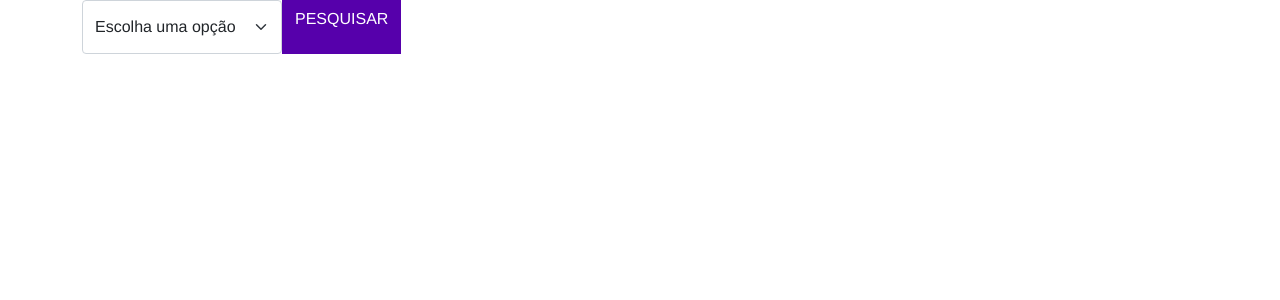
Repository: LuismGil/Countries-list
Page: /
The author's editor kept a copy of each file at every save. The page is drawn from the files as they stood at one save, then again after the next save.
The browser window is 1280 px wide. The pictures show the whole page.
The project was rebuilt for these pictures with package versions that can differ from the ones it lists, and the page was loaded fresh each time.

Above is the page before, as saved 2021-05-22 21:24:00.

### public/index.html
<!DOCTYPE html>
<html lang="">
  <head>
    <meta charset="utf-8">
    <meta http-equiv="X-UA-Compatible" content="IE=edge">
    <meta name="viewport" content="width=device-width,initial-scale=1.0">
    <link rel="icon" href="<%= BASE_URL %>favicon.ico">
    <link href="https://cdn.jsdelivr.net/npm/bootstrap@5.0.1/dist/css/bootstrap.min.css" rel="stylesheet" integrity="sha384-+0n0xVW2eSR5OomGNYDnhzAbDsOXxcvSN1TPprVMTNDbiYZCxYbOOl7+AMvyTG2x" crossorigin="anonymous">
    <title><%= htmlWebpackPlugin.options.title %></title>
  </head>
  <body>
    <noscript>
      <strong>We're sorry but <%= htmlWebpackPlugin.options.title %> doesn't work properly without JavaScript enabled. Please enable it to continue.</strong>
    </noscript>
    <div id="app"></div>
    <!-- built files will be auto injected -->
  </body>
</html>

### src/App.vue
<template>
  <div id="app">
    <!-- <mv-header /> -->
    <Home></Home>

  </div>
</template>

<script>
// import MvHeader from './components/MvHeader.vue';
import Home from './views/Home.vue';

export default {
  name: 'App',
  components: {
    // MvHeader,
    Home,
  },
};
</script>

<style>
#app {
  color: #2c3e50;
  font-family: Avenir, Helvetica, Arial, sans-serif;
  -webkit-font-smoothing: antialiased;
  -moz-osx-font-smoothing: grayscale;
  text-align: center;
}
</style>

### src/views/Home.vue
<template>
  <div>
    <mv-countries></mv-countries>

  </div>
</template>

<script>
import MvCountries from '../components/MvCountries.vue';

export default {
  components: { MvCountries },

};
</script>

<style>

</style>

### src/components/MvCountries.vue
<template>
  <div>
    <div class="container">
    <select class="form-select form-width" aria-label="Escolha uma opção">
      <option selected disabled>Escolha uma opção</option>
      <option value="1">Região</option>
      <option value="2">Capital</option>
      <option value="3">Língua</option>
      <option value="4">País</option>
      <option value="5">Código de ligação</option>
    </select>
    <mv-button class="btn-find" >
        <p class="btn-span">PESQUISAR</p>
    </mv-button>
    </div>

  </div>
</template>

<script>
import MvButton from './MvButton.vue';

export default {
  components: { MvButton },

};
</script>

<style>
.container {
  display: flex;
  flex-direction: row;
}

.form-width {
  width: 200px;
}

.btn-span {
   color: #fff;
}

.btn-find {
  background-color: #5600AB;;
}

</style>

### src/components/MvButton.vue
<template>
  <div>
    <button type="button" class="btn btn-outline btn-color">
      <slot></slot>
      </button>
  </div>
</template>

<script>
// import MvArrowIcon from './MvArrowIcon.vue';

export default {
  // components: { MvArrowIcon },

};
</script>

<style>
.btn-color {
  border-color: #5600AB;
  color: #5600AB;
}

.btn-color:hover {
  color: #fff;
  background-color: #c599f2;
}

</style>

Loaded but not shown: src/main.js (common file)

After the next save:
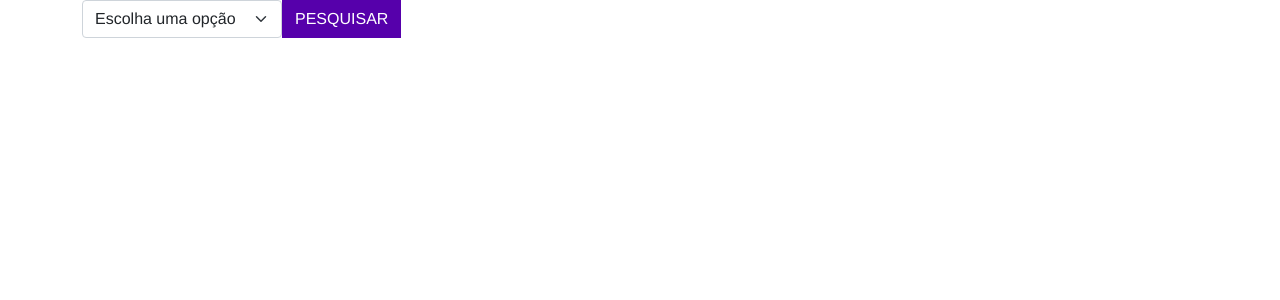
Saved 33 s later.
--- a/src/components/MvCountries.vue
+++ b/src/components/MvCountries.vue
@@ -10,7 +10,7 @@
       <option value="5">Código de ligação</option>
     </select>
     <mv-button class="btn-find" >
-        <p class="btn-span">PESQUISAR</p>
+        <div class="btn-span">PESQUISAR</div>
     </mv-button>
     </div>
 
